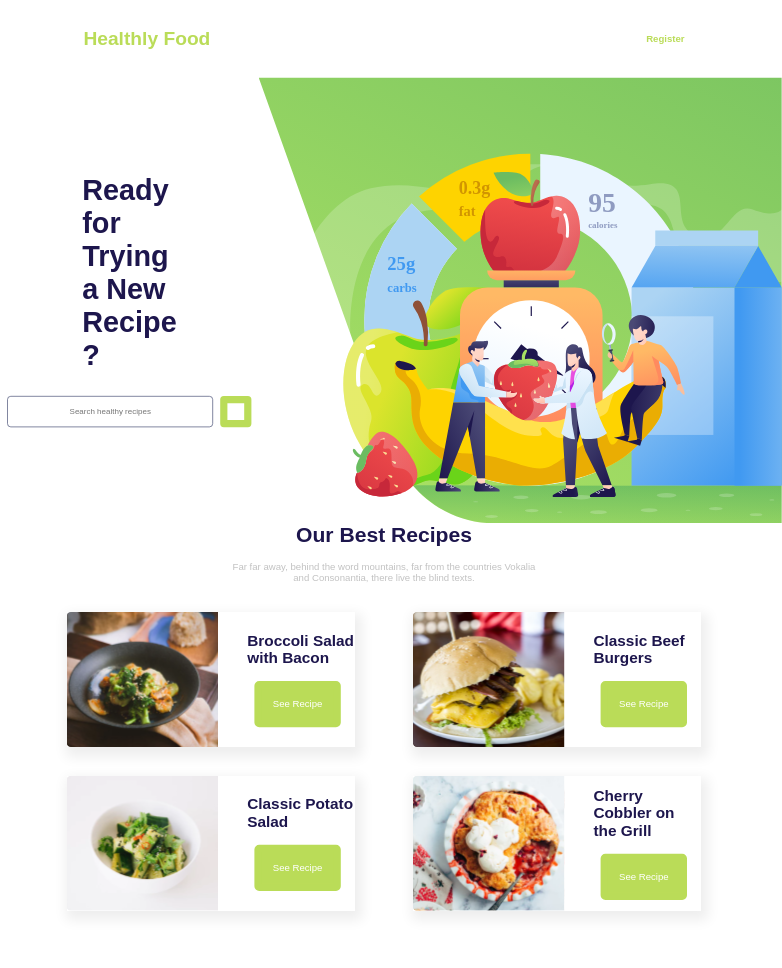
Repository: LuccaCasalecchi/HealthyFood
Page: /
These files come from the project's save history. The page is drawn as it stood at one moment and after the next save; the edit follows.
The browser window is 1280 px wide. The page is 1303 px wide, so the pictures cover 1303 px, including what lies to the right of the window. The pictures show the whole page, at 60% of full size.
The project was rebuilt for these pictures with package versions that can differ from the ones it lists, and the page was loaded fresh each time.

Above is the page before, as saved 2021-08-18 20:59:19.

### src/App.js
import React from 'react'
import LandingPage from './pages/LandingPage/LandingPage';

function App() {
  return (
    <div className="App">
      <LandingPage/>
    </div>
  );
}

export default App;

### src/pages/LandingPage/LandingPage.jsx
import React from "react";
import "./LandingPage.css";
import Main from "../../components/Main/Main";
import Recipes from "../../components/Recipes/Recipes";
import Services from "../../components/Serivces/Services";


export default function LandingPage() {
  return (
    <>
      <Main/>
      <Recipes/>
    </>
  );
}

### src/pages/LandingPage/LandingPage.css
* {
  margin: 0;
  padding: 0;
  box-sizing: border-box;
  font-family: sans-serif;
}

### src/components/Main/Main.jsx
import React from 'react'
import Input from '../Input/Input'
import Illustration from '../../images/Illustration.svg'
import Header from '../Header/Header'
import './Main.css'

export default function Main() {
  return (
    <div>
      <Header/>
      <div className="search-recipes">
        <div className="subtitle">
          <h2>Ready for<br />Trying a New<br />Recipe ?</h2>
          <div className="input-container">
          <Input/>
          </div>
        </div>
        <img src={Illustration} alt="" />
      </div>
    </div>
  )
}

### src/components/Recipes/Recipes.jsx
import React from "react";
import Card from '../Card/Card'

import './Recipes.css'
import FoodOne from '../../images/comida_1.svg';
import FoodTwo from '../../images/comida_2.svg';
import FoodThree from '../../images/comida_3.svg';
import FoodFour from '../../images/comida_4.svg';

export default function Recipes() {
  return (
    <section className='recipes' id='recipes'>
      <div className='recipes__introduction'>
        <p className='introduction__title'>Our Best Recipes</p>
        <p className='introduction__description'>
          Far far away, behind the word mountains,
          far from the countries Vokalia and Consonantia,
          there live the blind texts.
        </p>
      </div>
      <div className='recipes__best'>
        <Card image={FoodOne} title='Broccoli Salad with Bacon'/>
        <Card image={FoodTwo} title='Classic Beef Burgers'/>
        <Card image={FoodThree} title='Classic Potato Salad'/>
        <Card image={FoodFour} title='Cherry Cobbler on the Grill'/>
      </div>
    </section>
  );
}

### src/components/Input/Input.jsx
import React from 'react'
import './Input.css'

export default function Input() {
  return (
    <div className="input-container">
      <input
      type="text"
      placeholder="Search healthy recipes"/>

      <button></button>
    </div>
  )
}

### src/components/Header/Header.jsx
import React from 'react'
import './Header.css'

export default function Header() {
  return (
    <div className="header-container">
        <a href="#" className="logo">Healthly Food</a>
        <a href="#" className="register">Register</a>
    </div>
  )
}

### src/components/Main/Main.css
.search-recipes {
  display: flex;
  justify-content: space-between;
  align-items: center;
}

.subtitle {
  display: flex;
  justify-content: center;
  align-items: center;
  flex-direction: column;
}

.subtitle h2 {
  font-size: 48px;
  color: #1d164d;
  text-align: left;
  padding: 0px 137px 40px;
}

### src/components/Card/Card.jsx
import React from 'react'
import './Card.css'

export default function Card({image, title}) {
  return (
    <div>
      <article className='recipe'>
      <img className='recipe__image' src={image} alt={title}/>
      <div className="recipe__informations">
        <p className='recipe__title'>{title}</p>
        <button className='recipe__button' to='/'>See Recipe</button>
      </div>
    </article>
    </div>
  )
}

### src/components/Recipes/Recipes.css
.recipes{
  background-color: white;
  width: 100%;
  display: flex;
  flex-direction: column;
  align-items: center;
  margin-bottom: 6rem;
}

.recipes__introduction {
  max-width: 510px;
}

.introduction__title {
  margin-bottom: 1.5rem;

  color: #1D164D;
  font-family: sans-serif;
  font-weight: 600;
  font-size: 2.2rem;
  text-align: center;
}

.introduction__description {
  color: #c2c2c2;
  font-family: sans-serif;
  font-size: 1rem;
  text-align: center;
}

.recipes__best {
  display: flex;
  flex-wrap: wrap;
  justify-content: center;
}

### src/components/Input/Input.css
.input-container{
  display: flex;
  justify-content: center;
  align-items: center;
  padding: 0px;
}

input{
  width: 343px;
  height: 52px;
  border-radius: 6px;
  border: 1px solid #2D3561;
  text-align: center;
}

button{
  width: 52px;
  height: 52px;
  background-color: white;
  border: 12px solid #BADC58;
  border-radius: 6px;
  padding: 0px 12px;
  margin-left: 12px;
}

### src/components/Header/Header.css
.header-container{
  display: flex;
  justify-content: space-between;
  align-items: center;
  padding: 46px 0;
}

.header-container a {
  text-decoration: none;
  color: #BADC58;
  font-weight: 700;
  padding: 0 139px;
}

.header-container .logo{
  font-size: 32px;

}

.header-container .register{
  font-size: 16px;

}

### src/components/Card/Card.css
.recipe {
  display: flex;
  align-items: center;
  margin: 3rem 3rem 0 3rem;
  box-shadow: 5px 10px 20px 6px rgba(0,0,0,0.07);
}

.recipe__image {
  max-width: 253px;
  max-height: 225px;
}

.recipe__informations {
  max-width: 180px;
  display: flex;
  flex-direction: column;
  margin-left: 3rem;
}

.recipe__title {
  margin-bottom: 1.5rem;
  color: #1D164D;
  font-family: sans-serif;
  font-size: 1.6rem;
  font-weight: 700;
}

.recipe__button {
  width: 80%;
  height: 4.8rem;
  display: flex;
  justify-content: center;
  align-items: center;
  background: #BADC58;
  color: white;
  border-radius: .5rem;
  font-family: sans-serif;
  font-size: 1rem;
  text-decoration: none;
}

### src/components/Serivces/Services.jsx
import React from 'react'
import blocoServices from '../../images/bloco_services.svg'
export default function Services() {
  return (
    <div>
      <section className='services' id='services'>
      <div className='services__image'>
        <img src={blocoServices} alt="Healthy Food Services"/>
      </div>
      <div className='services__information'>
        <p className='service__title'>
        The best services ready
        To serve you
        </p>
        <p className='service__description'>
          Far far away, behind the word mountains,  far from the countries
          Vokalia and Consonantia, there live the blind texts.
          <br/><br/>
          Separated they live in Bookmarksgrove right at the coast of the
          Semantics, a large language ocean.
          <br/><br/>
          A small river named Duden flows by their place and supplies it with
          the necessary regelialia.
        </p>
        <button className='service__button'>Know More</button>
      </div>
    </section>
    </div>
  )
}

Loaded but not shown: public/index.html (common file); src/index.js (common file)

After the next save:
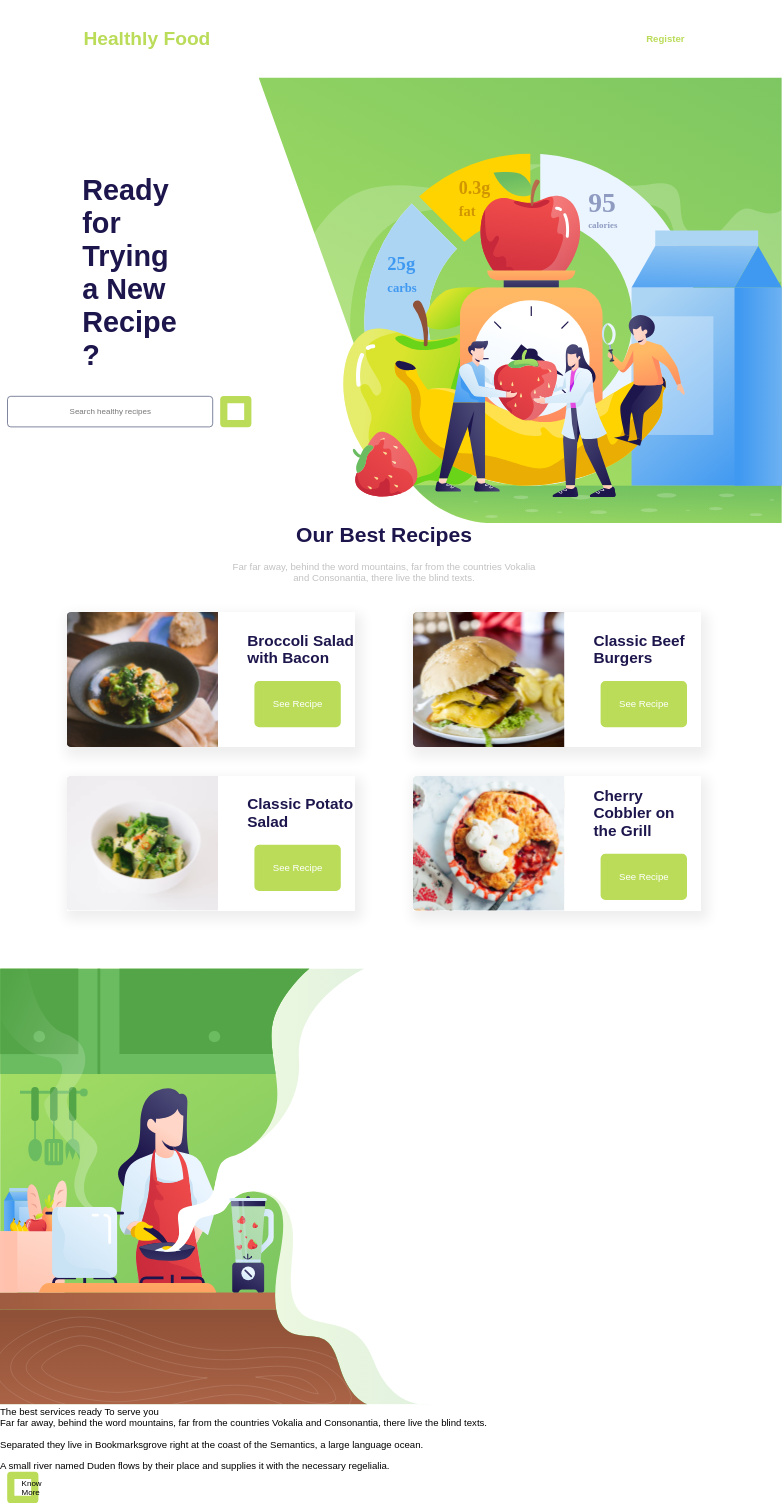
Saved 12 s later.
--- a/src/pages/LandingPage/LandingPage.jsx
+++ b/src/pages/LandingPage/LandingPage.jsx
@@ -10,6 +10,7 @@ export default function LandingPage() {
     <>
       <Main/>
       <Recipes/>
+      <Services/>
     </>
   );
 }
